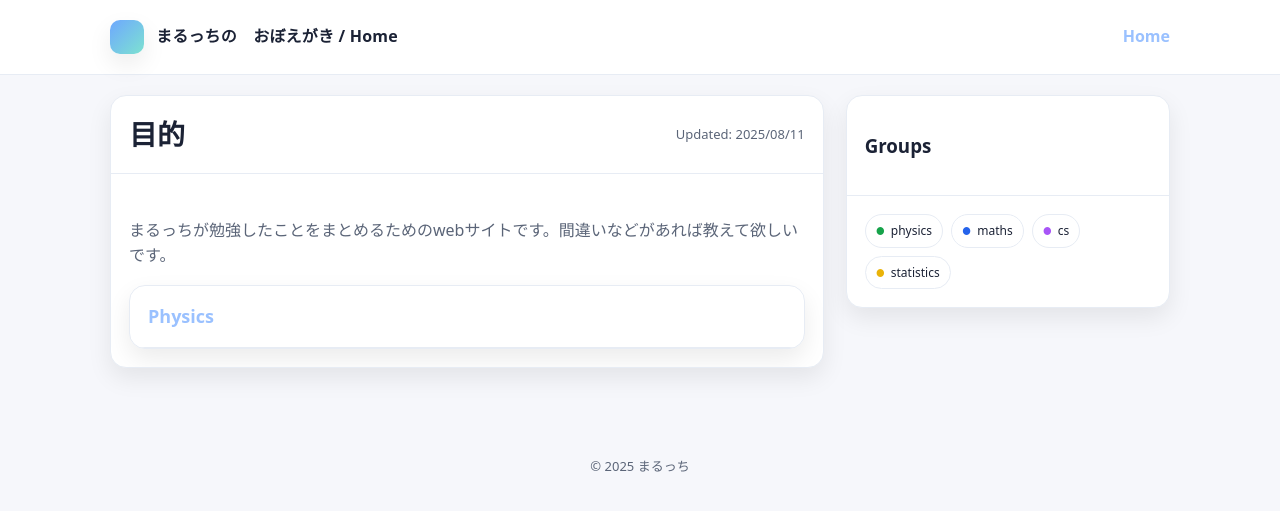
Repository: Riki-Mochimaru/tureduretunedune
Page: index.html
The author's editor kept a copy of each file at every save. The page is drawn from the files as they stood at one save, then again after a run of saves.
The browser window is 1280 px wide. The pictures show the whole page.

Above is the page before, as saved 2025-08-12 00:06:24.

After the next 4 saves:
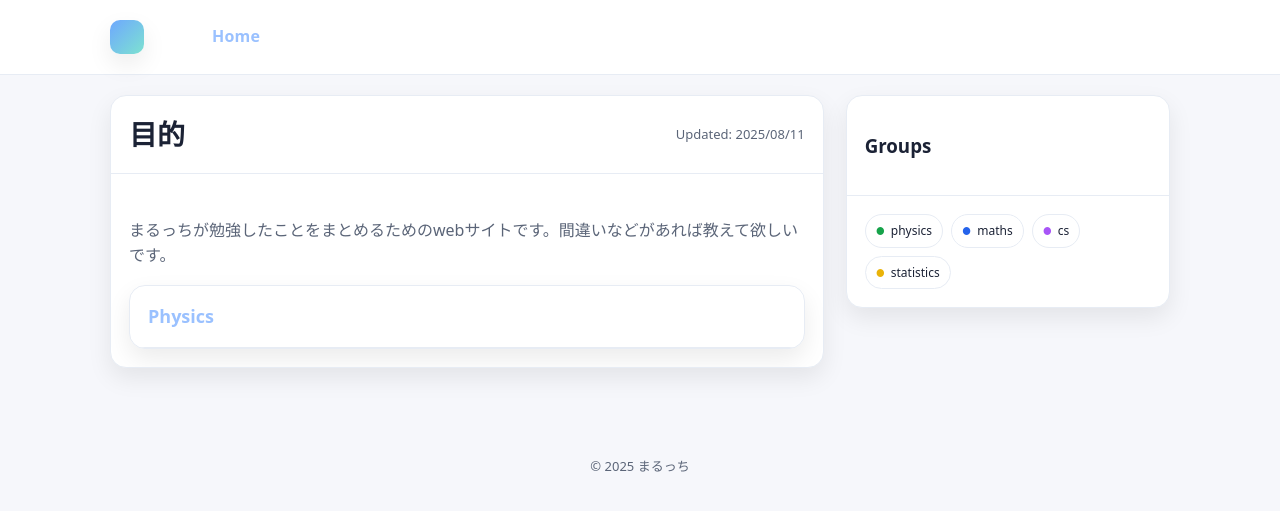
The 4 saves are shown as one change because they came seconds apart.
The last was saved 33 s later.
--- a/index.html
+++ b/index.html
@@ -9,7 +9,7 @@
 <body>
   <header class="site">
     <div class="shell row">
-      <div class="brand"><div class="brand-badge"></div><div>まるっちの　おぼえがき / Home</div></div>
+      <div class="brand"><div class="brand-badge"></div><div><a href="./"　おぼえがき / Home</div></div>
       <nav>
         <a href="./">Home</a>
       </nav>
